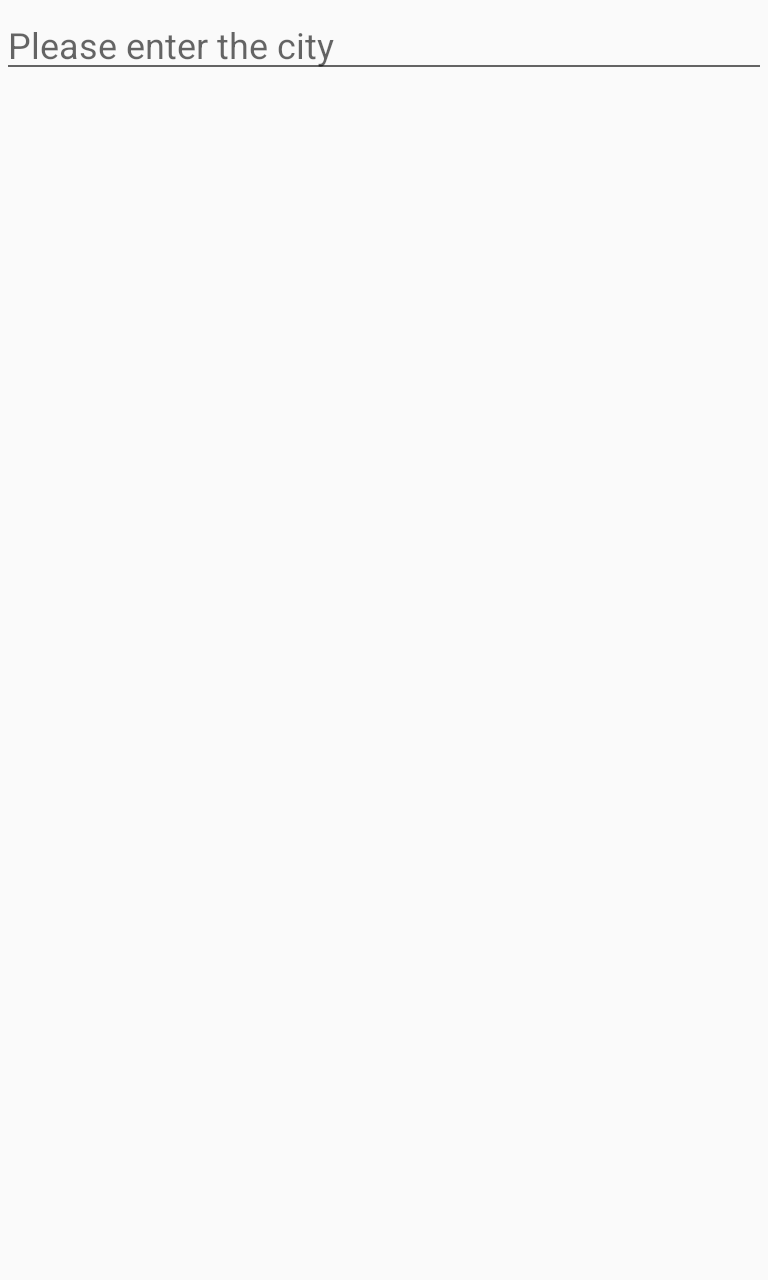
Repository: alexWr/weather-app
Layout: OpenWeatherT/res/layout/city.xml
These files come from the project's save history. The layout is drawn as it stood at one moment and after the next save; the edit follows.
It is drawn on a 768 x 1280 px phone screen (xhdpi) without system bars, with theme AppTheme; the app's code is not run.

Above is the layout before, as saved 2014-10-17 13:27:35.

### OpenWeatherT/res/layout/city.xml
<?xml version="1.0" encoding="utf-8"?>
<LinearLayout xmlns:android="http://schemas.android.com/apk/res/android"
    android:layout_width="match_parent"
    android:layout_height="match_parent"
    android:orientation="vertical" >
    <EditText
		android:layout_width="match_parent"
	    android:layout_height="wrap_content"
	    android:layout_gravity="center"
	    android:hint="Please enter the city"
		android:id="@+id/etCity" />


</LinearLayout>

Loaded but not shown: OpenWeatherT/res/values/styles.xml (common file); OpenWeatherT/res/values-v11/styles.xml (common file); OpenWeatherT/res/values-v14/styles.xml (common file)

After the next save:
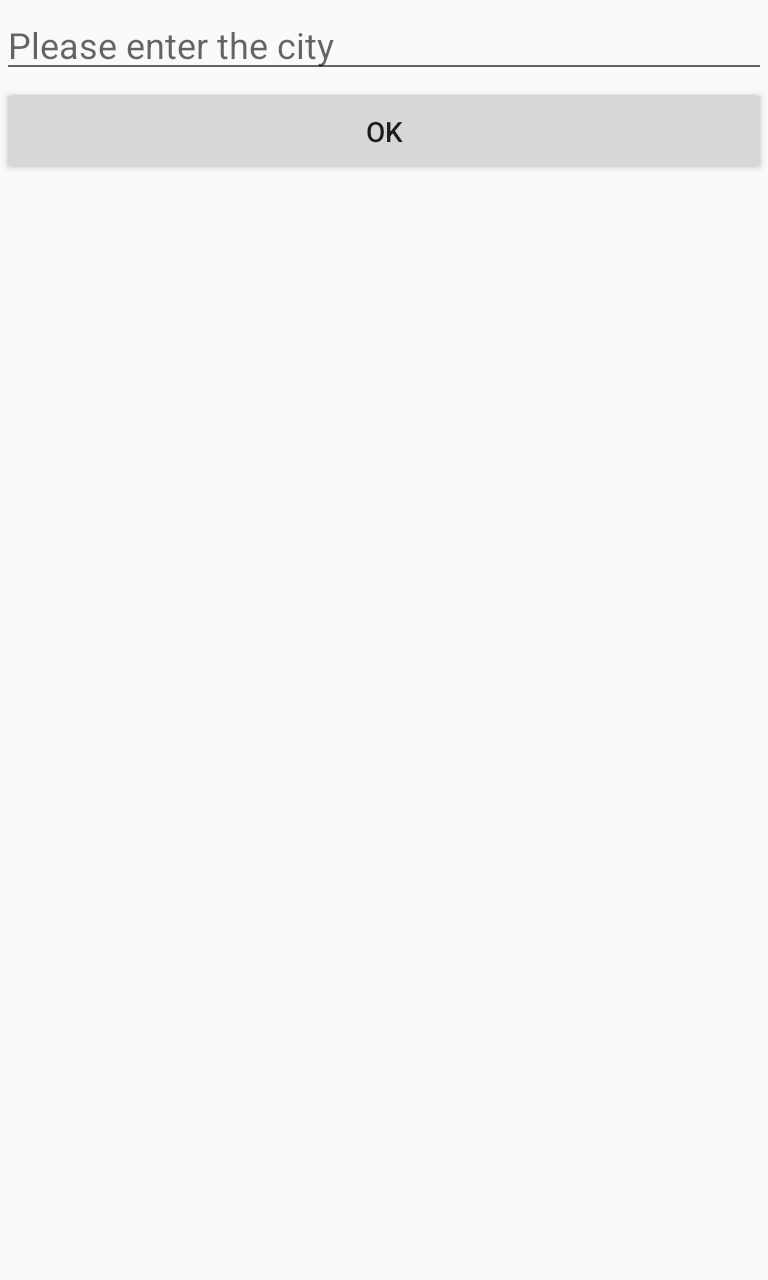
Saved 43 s later.
--- a/OpenWeatherT/res/layout/city.xml
+++ b/OpenWeatherT/res/layout/city.xml
@@ -9,6 +9,12 @@
 	    android:layout_gravity="center"
 	    android:hint="Please enter the city"
 		android:id="@+id/etCity" />
-
+    <Button
+		android:layout_width="match_parent"
+	    android:layout_height="wrap_content"
+	    android:layout_gravity="center"
+	    android:text="OK"
+		android:id="@+id/btnSubmit"
+		/>
 
 </LinearLayout>
